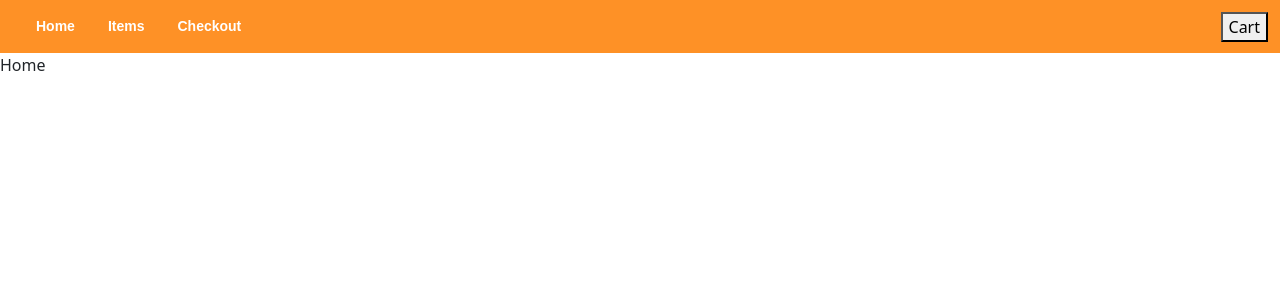
Repository: SaudCh/React-Ecommerce
Page: /
An editor plug-in stored every save of this project. The page is shown before and after the next save, followed by the edit.
The browser window is 1280 px wide. The pictures show the whole page.
The project was rebuilt for these pictures with package versions that can differ from the ones it lists, and the page was loaded fresh each time. Also part of the build but not shown: src/App.css.

Above is the page before, as saved 2021-12-05 11:48:24.

After the next save:
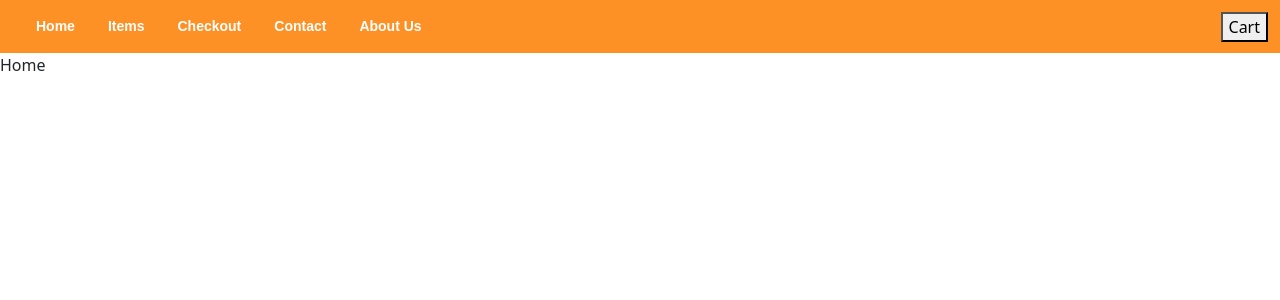
Saved 40 s later.
--- a/src/Header/Header.jsx
+++ b/src/Header/Header.jsx
@@ -45,6 +45,26 @@ export default function Header() {
                 Checkout
               </Link>
             </li>
+            <li class="nav-item">
+              <Link
+                class="nav-link text-white"
+                to="#"
+                tabindex="-1"
+                aria-disabled="true"
+              >
+                Contact
+              </Link>
+            </li>
+            <li class="nav-item">
+              <Link
+                class="nav-link text-white"
+                to="#"
+                tabindex="-1"
+                aria-disabled="true"
+              >
+                About Us
+              </Link>
+            </li>
           </ul>
           <button>Cart</button>
         </div>
